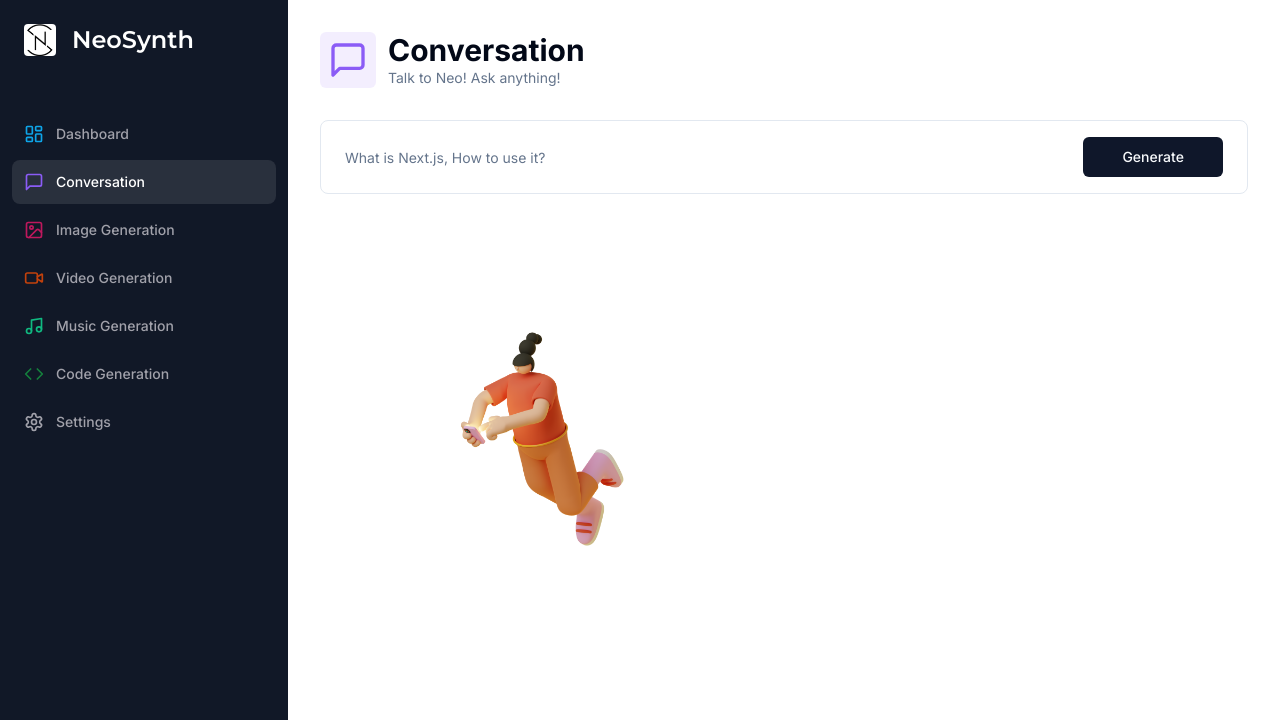
Repository: tathagat22/NeoSynth
Page: /conversation
An editor plug-in stored every save of this project. The page is shown before and after the next save, followed by the edit.
The browser window is 1280 px wide. The pictures show the whole page.
The page's requests for data from a server got no answer. The project was rebuilt for these pictures with package versions that can differ from the ones it lists, and the page was loaded fresh each time. Some packages were replaced by stand-ins written for this rebuild. The framework's server and built-in components were replaced by stand-ins that run in the browser. No one was signed in, and anything a server would have sent is missing. Also part of the build but not shown: next.config.js, components/ui/label.tsx.

Above is the page before, as saved 2023-08-28 19:47:15.

### app/layout.tsx
import "./globals.css";
import type { Metadata } from "next";
import { Inter } from "next/font/google";
import { ClerkProvider } from "@clerk/nextjs";

const inter = Inter({ subsets: ["latin"] });

export const metadata: Metadata = {
  title: "NeoSynth",
  description: "Neo is thinking for you behind the matrix",
};

export default function RootLayout({
  children,
}: {
  children: React.ReactNode;
}) {
  return (
    <ClerkProvider>
      <html lang="en">
        <body className={inter.className}>{children}</body>
      </html>
    </ClerkProvider>
  );
}

### app/(dashboard)/layout.tsx
import Navbar from "@/components/Navbar";
import Sidebar from "@/components/sidebar";

const DashboardLayout = ({ children }: { children: React.ReactNode }) => {
  return (
    <div className="h-full relative">
      <div className="hidden h-full md:flex md:w-72 md:flex-col md:fixed md:inset-y-0 z-[80] bg-gray-900">
        <Sidebar />
      </div>
      <main className="md:pl-72">
        <Navbar /> {children}
      </main>
    </div>
  );
};

export default DashboardLayout;

### app/(dashboard)/(routes)/conversation/page.tsx
"use client";

import * as z from "zod";
import { Heading } from "@/components/heading";
import { MessageSquare } from "lucide-react";
import { useForm } from "react-hook-form";
import { formSchema } from "./constants";
import { zodResolver } from "@hookform/resolvers/zod";
import { Form, FormControl, FormField, FormItem } from "@/components/ui/form";
import { Input } from "@/components/ui/input";
import { Button } from "@/components/ui/button";
import axios from "axios";
import { useRouter } from "next/navigation";
import { useState } from "react";
import OpenAI from "openai";
import { Empty } from "@/components/empty";
const ConversationPage = () => {
  const router = useRouter();
  const [messages, setMessages] = useState<
    OpenAI.Chat.Completions.CreateChatCompletionRequestMessage[]
  >([]);
  const form = useForm<z.infer<typeof formSchema>>({
    resolver: zodResolver(formSchema),
    defaultValues: {
      prompt: "",
    },
  });

  const isLoading = form.formState.isSubmitting;
  const onSubmit = async (values: z.infer<typeof formSchema>) => {
    try {
      const userMessage: OpenAI.Chat.Completions.CreateChatCompletionRequestMessage =
        {
          role: "user",
          content: values.prompt,
        };
      const newMessages = [...messages, userMessage];

      const response = await axios.post("/api/conversation", {
        messages: newMessages,
      });

      setMessages((current) => [...current, userMessage, response.data]);
      form.reset();
    } catch (error: any) {
      console.log(error);
    } finally {
      router.refresh();
    }
  };
  return (
    <div>
      <Heading
        title="Conversation"
        description="Talk to Neo! Ask anything!"
        icon={MessageSquare}
        iconColor="text-violet-500"
        bgColor="bg-violet-500/10"
      />
      <div className="px-4 lg:px-8">
        <div>
          <Form {...form}>
            <form
              onSubmit={form.handleSubmit(onSubmit)}
              className="rounded-lg border w-full p-4 px-3 md:px-6 focus-within:shadow-sm grid grid-cols-12 gap-2"
            >
              <FormField
                name="prompt"
                render={({ field }) => (
                  <FormItem className="col-span-12 lg:col-span-10">
                    <FormControl className="m-0 p-0">
                      <Input
                        className="border-0 outline-none focus-visible:ring-0 focus-visible:ring-transparent"
                        disabled={isLoading}
                        placeholder="What is Next.js, How to use it?"
                        {...field}
                      />
                    </FormControl>
                  </FormItem>
                )}
              />
              <Button
                className="col-span-12 lg:col-span-2 w-full"
                disabled={isLoading}
              >
                Generate
              </Button>
            </form>
          </Form>
        </div>
        <div className="space-y-4 mt-4">
          {messages.length === 0 && !isLoading && (
            <Empty />
          )}
          <div className="flex flex-col-reverse gap-y-4">
            {messages.map((message) => (
              <div key={message.content}>{message.content}</div>
            ))}
          </div>
        </div>
      </div>
    </div>
  );
};

export default ConversationPage;

### app/globals.css
@tailwind base;
@tailwind components;
@tailwind utilities;

html, body, :root {
  height: 100%;
}
@layer base {
  :root {
    --background: 0 0% 100%;
    --foreground: 222.2 84% 4.9%;

    --card: 0 0% 100%;
    --card-foreground: 222.2 84% 4.9%;

    --popover: 0 0% 100%;
    --popover-foreground: 222.2 84% 4.9%;

    --primary: 222.2 47.4% 11.2%;
    --primary-foreground: 210 40% 98%;

    --secondary: 210 40% 96.1%;
    --secondary-foreground: 222.2 47.4% 11.2%;

    --muted: 210 40% 96.1%;
    --muted-foreground: 215.4 16.3% 46.9%;

    --accent: 210 40% 96.1%;
    --accent-foreground: 222.2 47.4% 11.2%;

    --destructive: 0 84.2% 60.2%;
    --destructive-foreground: 210 40% 98%;

    --border: 214.3 31.8% 91.4%;
    --input: 214.3 31.8% 91.4%;
    --ring: 222.2 84% 4.9%;

    --radius: 0.5rem;
  }

  .dark {
    --background: 222.2 84% 4.9%;
    --foreground: 210 40% 98%;

    --card: 222.2 84% 4.9%;
    --card-foreground: 210 40% 98%;

    --popover: 222.2 84% 4.9%;
    --popover-foreground: 210 40% 98%;

    --primary: 210 40% 98%;
    --primary-foreground: 222.2 47.4% 11.2%;

    --secondary: 217.2 32.6% 17.5%;
    --secondary-foreground: 210 40% 98%;

    --muted: 217.2 32.6% 17.5%;
    --muted-foreground: 215 20.2% 65.1%;

    --accent: 217.2 32.6% 17.5%;
    --accent-foreground: 210 40% 98%;

    --destructive: 0 62.8% 30.6%;
    --destructive-foreground: 210 40% 98%;

    --border: 217.2 32.6% 17.5%;
    --input: 217.2 32.6% 17.5%;
    --ring: 212.7 26.8% 83.9%;
  }
}

@layer base {
  * {
    @apply border-border;
  }
  body {
    @apply bg-background text-foreground;
  }
}

### components/Navbar.tsx

import { UserButton } from "@clerk/nextjs";
import MobileSidebar from "./mobile-sidebar";

const Navbar = () => {
    return (
        <div className="flex items-center p-4">
            <MobileSidebar />
            <div className="flex w-full justify-end">
                <UserButton afterSignOutUrl="/"/>
            </div>
        </div>
     );
}

export default Navbar;

### components/sidebar.tsx
"use client";

import { cn } from "@/lib/utils";
import { Montserrat } from "next/font/google";
import Image from "next/image";
import Link from "next/link";
import { usePathname } from "next/navigation";
import {
  LayoutDashboard,
  MessageSquare,
  ImageIcon,
  VideoIcon,
  Music,
  Code,
  Settings,
} from "lucide-react";
const montserrat = Montserrat({ weight: "600", subsets: ["latin"] });
const routes = [
  {
    label: "Dashboard",
    icon: LayoutDashboard,
    href: "/dashboard",
    color: "text-sky-500",
  },
  {
    label: "Conversation",
    icon: MessageSquare,
    href: "/conversation",
    color: "text-violet-500",
  },
  {
    label: "Image Generation",
    icon: ImageIcon,
    href: "/image",
    color: "text-pink-700",
  },
  {
    label: "Video Generation",
    icon: VideoIcon,
    href: "/video",
    color: "text-orange-700",
  },
  {
    label: "Music Generation",
    icon: Music,
    href: "/music",
    color: "text-emerald-500",
  },
  {
    label: "Code Generation",
    icon: Code,
    href: "/code",
    color: "text-green-700",
  },
  {
    label: "Settings",
    icon: Settings,
    href: "/settings",
  },
];
const Sidebar = () => {
  const pathname = usePathname();
  return (
    <div className="space-y-4 py-4 flex flex-col h-full bg-[#111827] text-white">
      <div className="px-3 py-2 flex-1">
        <Link href="/dashboard" className="flex items-center pl-3 mb-14">
          <div className="relative w-8 h-8 mr-4 rounded">
            <Image className="rounded" fill alt="Logo" src="/logo.png" />
          </div>
          <h1 className={cn("text-2xl font-bold", montserrat.className)}>
            NeoSynth
          </h1>
        </Link>
        <div className="space-y-1">
          {routes.map((route) => (
            <Link
              href={route.href}
              key={route.href}
              className={cn(
                "text-sm group flex p-3 w-full justify-start font-medium cursor-pointer hover:text-white hover:bg-white/10 rounded-lg transition", pathname == route.href ? "text-white bg-white/10" : "text-zinc-400"
              )}
            >
              <div className="flex items-center flex-1">
                <route.icon className={cn("h-5 w-5 mr-3", route.color)} />{" "}
                {route.label}
              </div>
            </Link>
          ))}
        </div>
      </div>
    </div>
  );
};

export default Sidebar;

### components/heading.tsx
import { cn } from "@/lib/utils";
import { LucideIcon } from "lucide-react";

interface HeadingProps {
  title: string;
  description: string;
  icon: LucideIcon;
  iconColor?: string;
  bgColor?: string;
}

export const Heading = ({
  title,
  description,
  icon: Icon,
  iconColor,
  bgColor,
}: HeadingProps) => {
  return (
    <div className="px-4 lg:px-8 flex items-center gap-x-3 mb-8">
      <div className={cn("p-2 w-fit rounded-md", bgColor)}>
        <Icon className={cn("w-10 h-10", iconColor)} />
      </div>
      <div>
        <h2 className="text-3xl font-bold">{title}</h2>
        <p className="text-sm text-muted-foreground">{description}</p>
      </div>
    </div>
  );
};

### app/(dashboard)/(routes)/conversation/constants.ts
import * as z from "zod";

export const formSchema = z.object({
  prompt: z.string().min(1, { message: "Prompt is required" }),
});

### components/ui/form.tsx
import * as React from "react"
import * as LabelPrimitive from "@radix-ui/react-label"
import { Slot } from "@radix-ui/react-slot"
import {
  Controller,
  ControllerProps,
  FieldPath,
  FieldValues,
  FormProvider,
  useFormContext,
} from "react-hook-form"

import { cn } from "@/lib/utils"
import { Label } from "@/components/ui/label"

const Form = FormProvider

type FormFieldContextValue<
  TFieldValues extends FieldValues = FieldValues,
  TName extends FieldPath<TFieldValues> = FieldPath<TFieldValues>
> = {
  name: TName
}

const FormFieldContext = React.createContext<FormFieldContextValue>(
  {} as FormFieldContextValue
)

const FormField = <
  TFieldValues extends FieldValues = FieldValues,
  TName extends FieldPath<TFieldValues> = FieldPath<TFieldValues>
>({
  ...props
}: ControllerProps<TFieldValues, TName>) => {
  return (
    <FormFieldContext.Provider value={{ name: props.name }}>
      <Controller {...props} />
    </FormFieldContext.Provider>
  )
}

const useFormField = () => {
  const fieldContext = React.useContext(FormFieldContext)
  const itemContext = React.useContext(FormItemContext)
  const { getFieldState, formState } = useFormContext()

  const fieldState = getFieldState(fieldContext.name, formState)

  if (!fieldContext) {
    throw new Error("useFormField should be used within <FormField>")
  }

  const { id } = itemContext

  return {
    id,
    name: fieldContext.name,
    formItemId: `${id}-form-item`,
    formDescriptionId: `${id}-form-item-description`,
    formMessageId: `${id}-form-item-message`,
    ...fieldState,
  }
}

type FormItemContextValue = {
  id: string
}

const FormItemContext = React.createContext<FormItemContextValue>(
  {} as FormItemContextValue
)

const FormItem = React.forwardRef<
  HTMLDivElement,
  React.HTMLAttributes<HTMLDivElement>
>(({ className, ...props }, ref) => {
  const id = React.useId()

  return (
    <FormItemContext.Provider value={{ id }}>
      <div ref={ref} className={cn("space-y-2", className)} {...props} />
    </FormItemContext.Provider>
  )
})
FormItem.displayName = "FormItem"

const FormLabel = React.forwardRef<
  React.ElementRef<typeof LabelPrimitive.Root>,
  React.ComponentPropsWithoutRef<typeof LabelPrimitive.Root>
>(({ className, ...props }, ref) => {
  const { error, formItemId } = useFormField()

  return (
    <Label
      ref={ref}
      className={cn(error && "text-destructive", className)}
      htmlFor={formItemId}
      {...props}
    />
  )
})
FormLabel.displayName = "FormLabel"

const FormControl = React.forwardRef<
  React.ElementRef<typeof Slot>,
  React.ComponentPropsWithoutRef<typeof Slot>
>(({ ...props }, ref) => {
  const { error, formItemId, formDescriptionId, formMessageId } = useFormField()

  return (
    <Slot
      ref={ref}
      id={formItemId}
      aria-describedby={
        !error
          ? `${formDescriptionId}`
          : `${formDescriptionId} ${formMessageId}`
      }
      aria-invalid={!!error}
      {...props}
    />
  )
})
FormControl.displayName = "FormControl"

const FormDescription = React.forwardRef<
  HTMLParagraphElement,
  React.HTMLAttributes<HTMLParagraphElement>
>(({ className, ...props }, ref) => {
  const { formDescriptionId } = useFormField()

  return (
    <p
      ref={ref}
      id={formDescriptionId}
      className={cn("text-sm text-muted-foreground", className)}
      {...props}
    />
  )
})
FormDescription.displayName = "FormDescription"

const FormMessage = React.forwardRef<
  HTMLParagraphElement,
  React.HTMLAttributes<HTMLParagraphElement>
>(({ className, children, ...props }, ref) => {
  const { error, formMessageId } = useFormField()
  const body = error ? String(error?.message) : children

  if (!body) {
    return null
  }

  return (
    <p
      ref={ref}
      id={formMessageId}
      className={cn("text-sm font-medium text-destructive", className)}
      {...props}
    >
      {body}
    </p>
  )
})
FormMessage.displayName = "FormMessage"

export {
  useFormField,
  Form,
  FormItem,
  FormLabel,
  FormControl,
  FormDescription,
  FormMessage,
  FormField,
}

### components/ui/input.tsx
import * as React from "react"

import { cn } from "@/lib/utils"

export interface InputProps
  extends React.InputHTMLAttributes<HTMLInputElement> {}

const Input = React.forwardRef<HTMLInputElement, InputProps>(
  ({ className, type, ...props }, ref) => {
    return (
      <input
        type={type}
        className={cn(
          "flex h-10 w-full rounded-md border border-input bg-background px-3 py-2 text-sm ring-offset-background file:border-0 file:bg-transparent file:text-sm file:font-medium placeholder:text-muted-foreground focus-visible:outline-none focus-visible:ring-2 focus-visible:ring-ring focus-visible:ring-offset-2 disabled:cursor-not-allowed disabled:opacity-50",
          className
        )}
        ref={ref}
        {...props}
      />
    )
  }
)
Input.displayName = "Input"

export { Input }

### components/ui/button.tsx
import * as React from "react"
import { Slot } from "@radix-ui/react-slot"
import { cva, type VariantProps } from "class-variance-authority"

import { cn } from "@/lib/utils"

const buttonVariants = cva(
  "inline-flex items-center justify-center rounded-md text-sm font-medium ring-offset-background transition-colors focus-visible:outline-none focus-visible:ring-2 focus-visible:ring-ring focus-visible:ring-offset-2 disabled:pointer-events-none disabled:opacity-50",
  {
    variants: {
      variant: {
        default: "bg-primary text-primary-foreground hover:bg-primary/90",
        destructive:
          "bg-destructive text-destructive-foreground hover:bg-destructive/90",
        outline:
          "border border-input bg-background hover:bg-accent hover:text-accent-foreground",
        secondary:
          "bg-secondary text-secondary-foreground hover:bg-secondary/80",
        ghost: "hover:bg-accent hover:text-accent-foreground",
        link: "text-primary underline-offset-4 hover:underline",
      },
      size: {
        default: "h-10 px-4 py-2",
        sm: "h-9 rounded-md px-3",
        lg: "h-11 rounded-md px-8",
        icon: "h-10 w-10",
      },
    },
    defaultVariants: {
      variant: "default",
      size: "default",
    },
  }
)

export interface ButtonProps
  extends React.ButtonHTMLAttributes<HTMLButtonElement>,
    VariantProps<typeof buttonVariants> {
  asChild?: boolean
}

const Button = React.forwardRef<HTMLButtonElement, ButtonProps>(
  ({ className, variant, size, asChild = false, ...props }, ref) => {
    const Comp = asChild ? Slot : "button"
    return (
      <Comp
        className={cn(buttonVariants({ variant, size, className }))}
        ref={ref}
        {...props}
      />
    )
  }
)
Button.displayName = "Button"

export { Button, buttonVariants }

### components/empty.tsx
import Image from "next/image";

interface EmptyProps {
  label: string;
}

export const Empty = ({ label }: EmptyProps) => {
  return (
    <div className="h-full p-20 flex-col items-center justify-center">
      <div className="relative h-72 w-72">
        <Image alt=" empty" fill src="/empty.png" />
      </div>
      <p className="text-muted-foreground text-sm text-center">
        {label}
      </p>
    </div>
  );
};

### components/mobile-sidebar.tsx
"use client";

import { Button } from "./ui/button";
import { Menu } from "lucide-react";
import { Sheet, SheetContent, SheetTrigger } from "./ui/sheet";
import Sidebar from "./sidebar";
import { useEffect, useState } from "react";
const MobileSidebar = () => {
  //Hydration Error Fix
  const [isMounted, setIsMounted] = useState(false);

  useEffect(() => {
    setIsMounted(true);
  }, []);
  if (!isMounted) return null;
  //Hydration Error Fix Ends Here
  return (
    <Sheet>
      <SheetTrigger>
        <Button variant="ghost" size="icon" className="md:hidden">
          <Menu />
        </Button>
      </SheetTrigger>
      <SheetContent side="left" className="p-0">
        <Sidebar />
      </SheetContent>
    </Sheet>
  );
};

export default MobileSidebar;

### components/ui/sheet.tsx
"use client"

import * as React from "react"
import * as SheetPrimitive from "@radix-ui/react-dialog"
import { cva, type VariantProps } from "class-variance-authority"
import { X } from "lucide-react"

import { cn } from "@/lib/utils"

const Sheet = SheetPrimitive.Root

const SheetTrigger = SheetPrimitive.Trigger

const SheetClose = SheetPrimitive.Close

const SheetPortal = ({
  className,
  ...props
}: SheetPrimitive.DialogPortalProps) => (
  <SheetPrimitive.Portal className={cn(className)} {...props} />
)
SheetPortal.displayName = SheetPrimitive.Portal.displayName

const SheetOverlay = React.forwardRef<
  React.ElementRef<typeof SheetPrimitive.Overlay>,
  React.ComponentPropsWithoutRef<typeof SheetPrimitive.Overlay>
>(({ className, ...props }, ref) => (
  <SheetPrimitive.Overlay
    className={cn(
      "fixed inset-0 z-50 bg-background/80 backdrop-blur-sm data-[state=open]:animate-in data-[state=closed]:animate-out data-[state=closed]:fade-out-0 data-[state=open]:fade-in-0",
      className
    )}
    {...props}
    ref={ref}
  />
))
SheetOverlay.displayName = SheetPrimitive.Overlay.displayName

const sheetVariants = cva(
  "fixed z-50 gap-4 bg-background p-6 shadow-lg transition ease-in-out data-[state=open]:animate-in data-[state=closed]:animate-out data-[state=closed]:duration-300 data-[state=open]:duration-500",
  {
    variants: {
      side: {
        top: "inset-x-0 top-0 border-b data-[state=closed]:slide-out-to-top data-[state=open]:slide-in-from-top",
        bottom:
          "inset-x-0 bottom-0 border-t data-[state=closed]:slide-out-to-bottom data-[state=open]:slide-in-from-bottom",
        left: "inset-y-0 left-0 h-full w-3/4 border-r data-[state=closed]:slide-out-to-left data-[state=open]:slide-in-from-left sm:max-w-sm",
        right:
          "inset-y-0 right-0 h-full w-3/4  border-l data-[state=closed]:slide-out-to-right data-[state=open]:slide-in-from-right sm:max-w-sm",
      },
    },
    defaultVariants: {
      side: "right",
    },
  }
)

interface SheetContentProps
  extends React.ComponentPropsWithoutRef<typeof SheetPrimitive.Content>,
    VariantProps<typeof sheetVariants> {}

const SheetContent = React.forwardRef<
  React.ElementRef<typeof SheetPrimitive.Content>,
  SheetContentProps
>(({ side = "right", className, children, ...props }, ref) => (
  <SheetPortal>
    <SheetOverlay />
    <SheetPrimitive.Content
      ref={ref}
      className={cn(sheetVariants({ side }), className)}
      {...props}
    >
      {children}
      <SheetPrimitive.Close className="absolute right-4 top-4 rounded-sm opacity-70 ring-offset-background transition-opacity hover:opacity-100 focus:outline-none focus:ring-2 focus:ring-ring focus:ring-offset-2 disabled:pointer-events-none data-[state=open]:bg-secondary">
        <X className="h-4 w-4" />
        <span className="sr-only">Close</span>
      </SheetPrimitive.Close>
    </SheetPrimitive.Content>
  </SheetPortal>
))
SheetContent.displayName = SheetPrimitive.Content.displayName

const SheetHeader = ({
  className,
  ...props
}: React.HTMLAttributes<HTMLDivElement>) => (
  <div
    className={cn(
      "flex flex-col space-y-2 text-center sm:text-left",
      className
    )}
    {...props}
  />
)
SheetHeader.displayName = "SheetHeader"

const SheetFooter = ({
  className,
  ...props
}: React.HTMLAttributes<HTMLDivElement>) => (
  <div
    className={cn(
      "flex flex-col-reverse sm:flex-row sm:justify-end sm:space-x-2",
      className
    )}
    {...props}
  />
)
SheetFooter.displayName = "SheetFooter"

const SheetTitle = React.forwardRef<
  React.ElementRef<typeof SheetPrimitive.Title>,
  React.ComponentPropsWithoutRef<typeof SheetPrimitive.Title>
>(({ className, ...props }, ref) => (
  <SheetPrimitive.Title
    ref={ref}
    className={cn("text-lg font-semibold text-foreground", className)}
    {...props}
  />
))
SheetTitle.displayName = SheetPrimitive.Title.displayName

const SheetDescription = React.forwardRef<
  React.ElementRef<typeof SheetPrimitive.Description>,
  React.ComponentPropsWithoutRef<typeof SheetPrimitive.Description>
>(({ className, ...props }, ref) => (
  <SheetPrimitive.Description
    ref={ref}
    className={cn("text-sm text-muted-foreground", className)}
    {...props}
  />
))
SheetDescription.displayName = SheetPrimitive.Description.displayName

export {
  Sheet,
  SheetTrigger,
  SheetClose,
  SheetContent,
  SheetHeader,
  SheetFooter,
  SheetTitle,
  SheetDescription,
}

Loaded but not shown: lib/utils.ts (common file); tailwind.config.js (common file)

After the next save:
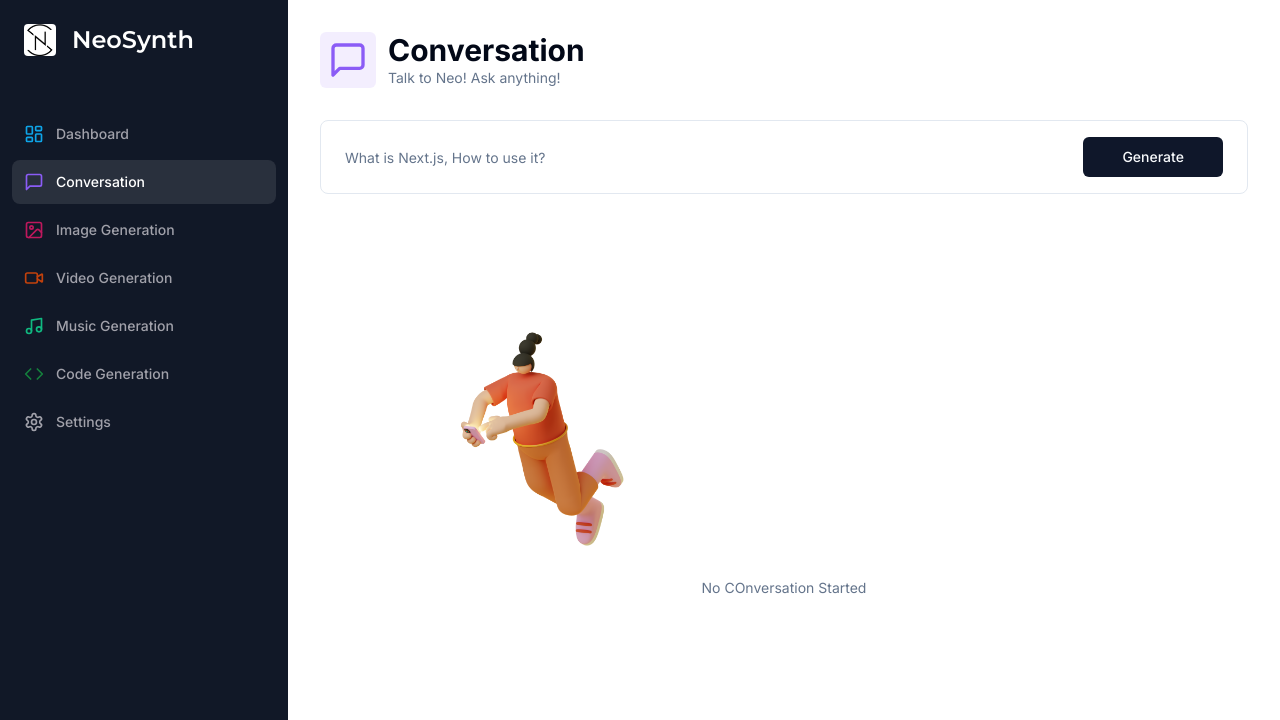
Saved 25 s later.
--- a/app/(dashboard)/(routes)/conversation/page.tsx
+++ b/app/(dashboard)/(routes)/conversation/page.tsx
@@ -90,7 +90,7 @@
         </div>
         <div className="space-y-4 mt-4">
           {messages.length === 0 && !isLoading && (
-            <Empty />
+            <Empty label="No COnversation Started" />
           )}
           <div className="flex flex-col-reverse gap-y-4">
             {messages.map((message) => (
